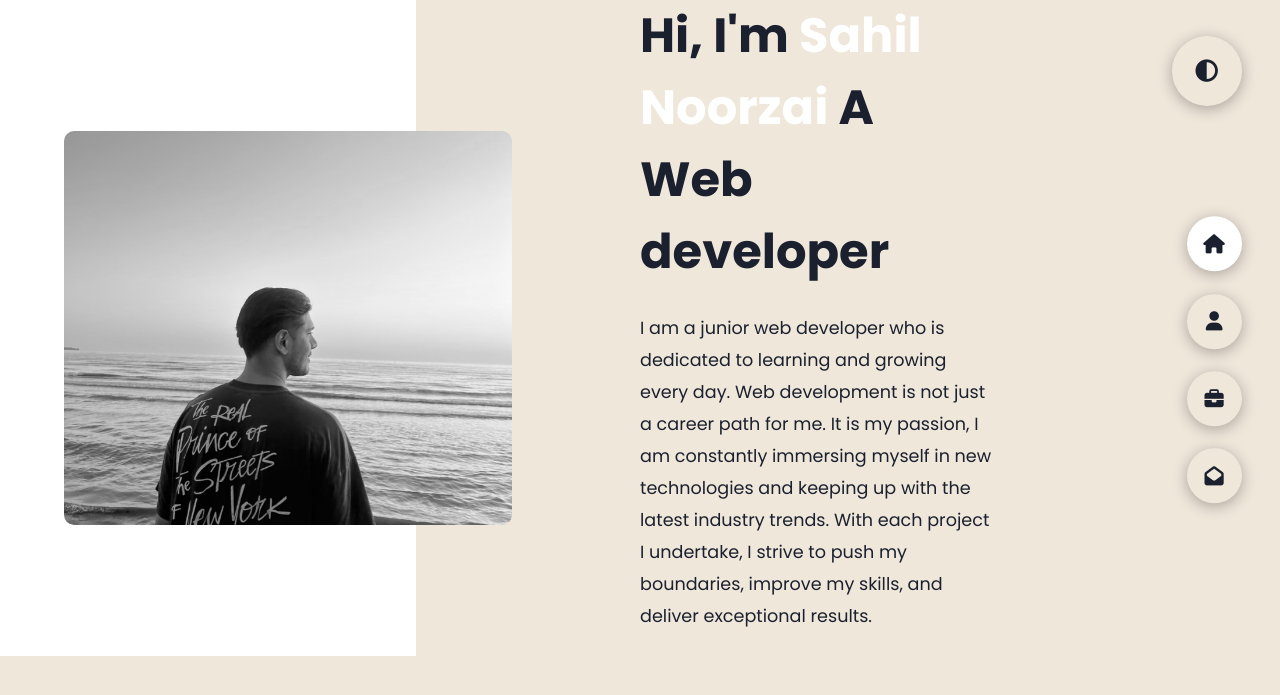
Repository: nftGambler/noorzai-portfolio
Page: index.html
These files come from the project's save history. The page is drawn as it stood at one moment and after the next save; the edit follows.
The browser window is 1280 px wide. The pictures show the whole page.
After loading, the first visible `div.theme-btn` was clicked once.
The style sheet was rebuilt from its Sass, Less or Tailwind sources for each picture, by a compiler version that may differ from the author's.

Above is the page before, as saved 2023-11-23 21:39:17.

### index.html
<!DOCTYPE html>
<html lang="en">
<head>



  <link rel="stylesheet" href="https://cdnjs.cloudflare.com/ajax/libs/font-awesome/6.4.0/css/all.min.css" integrity="sha512-iecdLmaskl7CVkqkXNQ/ZH/XLlvWZOJyj7Yy7tcenmpD1ypASozpmT/E0iPtmFIB46ZmdtAc9eNBvH0H/ZpiBw==" crossorigin="anonymous" referrerpolicy="no-referrer">
  <link rel="stylesheet" href="/style/styles.css">
  <link rel="preconnect" href="https://fonts.googleapis.com">
  <link rel="preconnect" href="https://fonts.gstatic.com" crossorigin>
  <link href="https://fonts.googleapis.com/css2?family=Poppins:wght@400;500;600;700;800&display=swap" rel="stylesheet">
  <meta charset="UTF-8">
  <meta http-equiv="X-UA-Compatible" content="IE=edge">
  <meta name="viewport" content="width=device-width, initial-scale=1.0">
  <title>Portfolio</title>
</head>
<body class="main-content">

<header class="section sec1 header active" id="home">
  <div class="header-content">
    <div class="left-header">
      <div class="h-shape"></div>
      <div class="image">
        <img src="/images/D34CA683-6714-454B-97C2-18B314A18C3F_1_105_c.jpeg">
      </div>


    </div>
    <div class="right-header">
  <h1 class="name">Hi, I'm <span>Sahil Noorzai</span> A Web developer</h1>
  <p>
    I am a junior web developer who is dedicated to learning and growing
    every day. Web development is not just a career path for me. It is my passion, I am constantly
    immersing myself in new technologies and keeping up with the latest industry trends.
    With each project I undertake, I strive to push my boundaries, improve my skills, and deliver exceptional results.
  </p>

    </div>
  </div>

</header>

<main>
  <section class="section sec2 about" id="about">

    <div class="main-title">
        <h2>About <span>me</span> <span class="bg-text"></span></h2>
    </div>

    <div class="about-container">
      <div class="left-about">
        <h4>Information About me</h4>
        <p>
          As a passionate front-end developer, I have embarked on an inspiring self-taught
          journey for the past 1.5 years. Motivated by deep curiosity for web development and a desire
          to expand my skillset, I have dedicated countless hours to honing my craft independently. Throughout this time,
          I have proactively sought out a diverse range of resources, online tutorials, and coding communities, which have played
          a pivotal role in shaping my expertise. From humble beginnings to successfully completing numerouse personal projects, each step
          of this transformative journey has reinforced my adaptabillity, resourcefulness, and unwavering commitment to excellence in front-end development.
        </p>

        <div class="btn-con">

        </div>

      </div>

      <div class="right-about">
        <div class="about-item">
          <div class="abt-text">
            <p class="large-text">Javascript</p>

          </div>
        </div>
        <div class="about-item">
          <div class="abt-text">
            <p class="large-text">React JS</p>

          </div>
        </div>
        <div class="about-item">
          <div class="abt-text">
            <p class="large-text">HTML/HTML5</p>

          </div>
        </div>
        <div class="about-item">
          <div class="abt-text">
            <p class="large-text">CSS/Tailwind-CSS</p>

          </div>
        </div>
      </div>

    </div>

    <div class="about-stats">
      <h4 class="stat-title">My Skills</h4>
  </section>


  <section class="section sec3 portfolio" id="portfolio">

  <div class="main-title">
      <h2>My <span>Portfolio</span><span class="bg-text"></span></h2>
  </div>
  <p class="port-text">
    Several hands-on projects from reputable online courses and tutorials.
  </p>

<div class="portfolios">



  <div class="portfolio-item">
    <div class="image">
      <img src="/images/pngwing.com-3.png" alt="">
    </div>
    <div class="hover-items">

      <h3>Project Source</h3>
      <div class="icons">
        <a class="icon" href="https://countriesrestapiproject.netlify.app" target="_blank">
          <i class="fab fa-github"></i>
        </a>
      </div>

    </div>


  </div>


  <div class="portfolio-item">
    <div class="image">
      <img src="/images/crypto.png" alt="">
    </div>
    <div class="hover-items">

      <h3>Project Source</h3>
      <div class="icons">
        <a class="icon" href="https://crypto-project-portfolio.netlify.app" target="_blank">
          <i class="fab fa-github"></i>
        </a>
      </div>

    </div>


  </div>





  <div class="portfolio-item">
    <div class="image">
      <img src="/images/6831872.png" alt="">
    </div>
    <div class="hover-items">

      <h3>Project Source</h3>
      <div class="icons">
        <a class="icon" href="https://nftgambler.github.io/Game/" target="_blank">
          <i class="fab fa-github"></i>
        </a>
      </div>

    </div>


  </div>


  <div class="portfolio-item">
    <div class="image">
      <img src="/images/pngwing.com (1).png" alt="">
    </div>
    <div class="hover-items">

      <h3>Project Source</h3>
      <div class="icons">
        <a class="icon" href="https://amazon-portfolio-project.netlify.app/" target="_blank">
          <i class="fab fa-github"></i>
        </a>
      </div>

    </div>


  </div>


  <div class="portfolio-item">
    <div class="image">
      <img src="/images/youtube-logo-png-2067.png" alt="">
    </div>
    <div class="hover-items">

      <h3>Project Source</h3>
      <div class="icons">
        <a class="icon" href="https://youtube-portfolio-project.netlify.app" target="_blank">
          <i class="fab fa-github"></i>
        </a>
      </div>

    </div>


  </div>




  <div class="portfolio-item">
    <div class="image">
      <img src="/images/icons8-pair-app-500.png" alt="">
    </div>
    <div class="hover-items">

      <h3>Project Source</h3>
      <div class="icons">
        <a class="icon" href="https://small-api-project.netlify.app" target="_blank">
          <i class="fab fa-github"></i>
        </a>
      </div>

    </div>


  </div>
</div>


  </section>


  <section class="section sec5 contacts" id="contact">

    <div class="contact-container">
      <div class="main-title">
        <h2>Contact<span>Me</span><span class="bg-text"></span></h2>
      </div>
      <div class="contact-content-container">
        <div class="left-contact">

          <div class="contact-info">
            <div class="contact-item">
              <div class="icon">
                <i class="fas fa-envelope"></i>
                <span>Email</span>
              </div>
              <p>
                <span>sharo.s.n@hotmail.com</span>
              </p>
            </div>

            <div class="contact-item">
              <div class="icon">
                <i class="fas fa-user-graduate"></i>
                <span>Mobile Number</span>
              </div>
              <p>
                <span>438-528-6982</span>
              </p>
            </div>


            <div class="contact-item">
              <div class="icon">
                <i class="fas fa-map-marker-alt"></i>
                <span>Location</span>
              </div>
              <p>
                <span>
                  Montreal, Canada
                </span>
              </p>
            </div>


            <div class="contact-item">
              <div class="icon">
                <i class="fa-solid fa-globe"></i>
                <span>Languages</span>
              </div>
              <p>
                <span>
                  German, Persian, English
                </span>
              </p>
            </div>
          </div>



        </div>



          <div class="right-contact">

            <form action="mailto:sharo.s.n@hotmail.com" method="post" enctype="text/plain">
              <div class="form-group">
                <label for="name">Name:</label>
                <input class="input-control" type="text" id="name" name="name" required>
              </div>
              <div class="form-group">
                <label for="email">Email:</label>
                <input class="input-control" type="email" id="email" name="email" required>
              </div>
              <div class="form-group">
                <label for="message">Message:</label>
                <textarea class="input-control" id="message" name="message" rows="4" required></textarea>
              </div>
              <button class="submit-btn" type="submit">Send</button>
            </form>
          </div>




      </div>

    </div>

  </section>


</main>


<div class="controlls">
  <div class="control control-1 active-btn" data-id="home">
    <i class="fas fa-house"></i>
  </div>
  <div class="control control-2" data-id="about">
    <i class="fas fa-user"></i>
  </div>
  <div class="control control-3" data-id="portfolio">
    <i class="fas fa-briefcase"></i>
  </div>
  <div class="control control-5" data-id="contact">
    <i class="fas fa-envelope-open"></i>
  </div>
</div>

<div class="theme-btn">
  <i class="fas fa-adjust"></i>
</div>




<script src="/app.js"></script>
</body>
</html>

### app.js
const sections = document.querySelectorAll(".section");
const sectBtns = document.querySelectorAll(".controlls");
const allSections = document.querySelectorAll(".main-content");

function PageTransition() {
  // Button click active class
  const sectBtn = document.querySelectorAll(".control");

  for (let i = 0; i < sectBtn.length; i++) {
    sectBtn[i].addEventListener('click', function(){
      let currentBtn = document.querySelector('.active-btn');
      if (currentBtn) {
        currentBtn.classList.remove('active-btn');
      }
      this.classList.add('active-btn');
    });

  }

  allSections.forEach((section) => {
    section.addEventListener('click', (e) => {
      const id = e.target.dataset.id;
      if (id) {
        sectBtns.forEach((btn) => {
          btn.classList.remove('active');
        });
        e.target.classList.add('active');

        sections.forEach((section) => {
          section.classList.remove('active');
        });
        const element = document.getElementById(id);
        element.classList.add('active');
      }
    });
  });
  //Toggle theme
  const themeBtn = document.querySelector('.theme-btn');
  themeBtn.addEventListener('click', () => {
    let element = document.body;
    element.classList.toggle('light-mode')
  })
}

PageTransition();

### style/styles.scss


* {
  margin: 0;
  padding: 0;
  box-sizing: border-box;
  list-style: none;
}


:root {
  --color-primary: #191d2d;
  --color-secondary: #d50606;
  --color-white: #FFFFFF;
  --color-black: #000;
  --color-grey0: #f8f8f8;
  --color-grey-1: #dbe1e8;
  --color-grey-2: #b2becd;
  --color-grey-3: #6c7983;
  --color-grey-4: #454e56;
  --color-grey-5: #2a2e35;
  --color-grey-6: #12181b;
  --br-sm-2: 14px;
  --box-shadow-1: 0 3px 15px rgba(0,0,0,.3)
}

.light-mode{
  --color-primary: rgb(240,231,219);
  --color-secondary: white;
  --color-white: rgb(27,32,47);
  --color-black: #000;
  --color-grey0: #f8f8f8;
  --color-grey-1:rgb(27,32,47);
  --color-grey-2: rgb(27,32,47);
  --color-grey-3: rgb(27,32,47);
  --color-grey-4:  rgb(240,231,219);
  --color-grey-5:  rgb(240,231,219);
  --color-grey-6: #12181b;
}



body {
  background-color: var(--color-primary);
  font-size: 1.1rem;
  font-family: 'Poppins', sans-serif;
  color: var(--color-white);
  transition: all .4s ease-in-out;
}

a{
  display: inline-block;
  text-decoration: none;
  color: inherit;
  font-family: inherit;
}

header {
  min-height: 100vh;
  color: var(--color-white);
  overflow: hidden;
}

section {
  min-height: 100vh;
  width: 100%;
  position: absolute;
  left: 0;
  top: 0;
  padding: 3rem 18rem;
}


.section{
  transform: translateY(-100);
  transition: all .4s ease-in-out;
  background-color: var(--color-primary);
}

.sec1{
  display: none;
  transform: translateY(0) scale(1);

}

.sec2{
  display: none;
  transform: translateY(0) scale(1);
}

.sec3{
  display: none;
  transform: translateY(0) scale(1);
}

.sec4{
  display: none;
  transform: translateY(0) scale(1);
}

.sec5{
  display: none;
  transform: translateY(0) scale(1);
}

.active{
  display: block;
  animation: scaleAnim 1s ease-in-out;
  @keyframes scaleAnim {
    0%{
      transform: translateY(-100%) scale(0)
    }

     100%{
      transform: translateY(0) scaleY(1);
     }

  }
}


//controls

.controlls{
  position: fixed;
  z-index: 10;
  top: 50%;
  right: 3%;
  display: flex;
  flex-direction: column;
  align-items: center;
  justify-content: center;
  transform: translateY(-50%);



  .active-btn{
    background-color: var(--color-secondary) !important;
    transition: all .4s ease-in-out;
    i{
      color: var(--color-white) !important;
    }
  }

  .control {
    padding: 1rem;
    cursor: pointer;
    background-color: var(--color-grey-4);
    width: 55px;
    height: 55px;
    border-radius: 50%;
    display: flex;
    justify-content: center;
    align-items: center;
    margin: .7rem 0;
    box-shadow: var(--box-shadow-1);
    i{
      font-size: 1.2rem;
      color: var(--color-grey-2);
      pointer-events: none;
    }
  }
}


.theme-btn{
top: 5%;
right: 3%;
width: 70px;
height: 70px;
border-radius: 50%;
background-color: var(--color-grey-4);
cursor: pointer;
position: fixed;
display: flex;
justify-content: center;
align-items: center;
box-shadow: 0 3px 15px rgba(0,0,0,.3);
transition: all .1s ease-in-out;
&:active{
  transform: translateY(-5px);
}
i{
  font-size: 1.4rem;
  color: var(--color-grey-2);
  pointer-events: none;
}
}




.header-content {
  display: grid;
  grid-template-columns: repeat(2, 1fr);
  min-height: 100%;
  .left-header {
    display: flex;
    align-items: center;
    position: relative;
    .h-shape {
      transition: all .4s ease-in-out;
      width: 65%;
      height: 100%;
      background-color: var(--color-secondary);
      position: absolute;
      left: 0;
      top: 0;
      z-index: -1;
      // clip-path: polygon(0 0, 56% 0, 76% 100%, 18% 100%);


    }
    .image {
      border: var(--br-sm-2);
      height: 60%;
      width: 70%;
      margin-left: 4rem;
      // background-color: var(--color-black);
      transition: all .4s ease-in-out;
      border-radius: 10px;
      img {
        width: 100%;
        height: 100%;
        object-fit: cover;
        transition: all .4s ease-in-out;
        border-radius: 10px;


        filter: grayscale(100%);
        &:hover {
          filter: grayscale(0);
        }
      }
    }
  }


  .right-header {
    display: flex;
    flex-direction: column;
    justify-content: center;
    padding-right: 18rem;
    .name {
      font-size: 3rem;

      span{
        color: var(--color-secondary);
      }
    }
    p{
      margin: 1.5rem 0;
      line-height: 2rem;
    }
  }
}



//About

.about-container{
  display: grid;
  grid-template-columns: repeat(2, 1fr);
  padding-top: 3.5rem;
  padding-bottom: 5rem;
  .right-about {
    display: grid;
    grid-template-columns: repeat(2, 1fr);
    grid-gap: 2rem;
    .about-item {
      border: 1px solid var(--color-grey-5);
      border-radius: 5px;
      transition: all .4s ease-in-out;
      box-shadow: 1px 2px 15px rgba(0,0,0,.1);
      &:hover {
        cursor: default;
        transform: translateY(-5px);
        border: 1px solid var(--color-secondary);
        box-shadow: 1px 2px 15px rgba(0,0,0,.32);

      }
      .abt-text{
        padding: 1.5rem;
        display: flex;
        flex-direction: column;
        .large-text{
          margin: auto;
          font-size: 2.5rem;
          font-weight: 700;
          color: var(--color-secondary);
        }
        .small-text{
          padding-left: 3rem;
          position: relative;
          text-transform: uppercase;
          font-size: 1.2rem;
          color: var(--color-grey-1);
          letter-spacing: 2px;
          &::before{
            content: '';
            position: absolute;
            left: 0;
            top: 15px;
            width: 2rem;
            height: 2px;
            background-color: var(--color-grey-5);
          }
        }
      }
    }
  }


  .left-about{
    padding-right: 5rem;
    p{
      line-height: 2rem;
      padding: 1rem;
      color: var(--color-grey-1);
    }
    h4{
      font-size: 2rem;
      text-transform: uppercase;
    }
  }
}


.stat-title {
  text-transform: uppercase;
  font-size: 1.4rem;
  text-align: center;
  padding: 3.5rem 0;
  position: relative;
  // gray line
  &::before{
    content: '';
    position: absolute;
    left: 50%;
    top: 0;
    width: 40%;
    height: 1px;
    background-color: var(--color-grey-5);
    transform: translateX(-50%);
  }
}







//Contact section

.contact-content-container {

  display: flex;
  padding-top: 3.5rem;
  flex-direction: column;
  .left-contact {
    flex: 2;
    h4{
      margin-top: 1rem;
      font-size: 2rem;
      text-transform: uppercase;
    }
    p {
      margin: 1rem 0;
      line-height: 2rem;
    }

    .contact-info{
      .contact-item{
        display: flex;
        align-items: center;
        justify-content: space-between;


        p{
          margin: .3rem 0 !important;
          padding: 0 !important;
        }
        .icon{
          display: grid;
          grid-template-columns: 40px 1fr;
          i{
            display: flex;
            align-items: center;
            font-size: 1.3rem;
          }
        }
      }
    }
    .contact-icon{
      display: flex;
      margin: 2rem;

    }
  }

  .right-contact {
    display: flex;
    flex-direction: column;
    max-width: 500px;
    margin-top: 10rem;


    .input-control {

      background-color: var(--color-grey-5);
      border: none;
      border-radius: 30px;
      font-weight: inherit;
      font-size: inherit;
      font-family: inherit;
      padding: .8rem 1.1rem;
      outline: none;
      width: 100%;
      color: var(--color-white);
      resize: none;
    }
  }

  .submit-btn{

        display: flex;
        justify-content: flex-start;
        padding: .4rem 2rem;
        border-radius: 20px;
        border: none;
        background-color: var(--color-grey-5);
        color: white;
      }



}









/*Independent components*/
.btn-con{
  display: flex;
  align-self: flex-start;
}
.main-btn {
  border-radius: 30px;
  color: inherit;
  font-weight: 600;
  position: relative;
  border: 1px solid var(--color-secondary);
  display: flex;
  align-self: flex-start;
  align-items: center;
  overflow: hidden;
  .btn-text {
    padding: 0 2rem;
  }
  .btn-icon{
    background-color: var(--color-secondary);

    display: flex;
    align-items: center;
    justify-self: center;
    border-radius: 50%;
    padding: 1rem;
  }


  .submit-button{
    background-color: transparent;
    color: white;
    border: none;
  }

  &::before{
    content: '';
    position: absolute;
    top: 0;
    right: 0;
    transform: translateX(100%);
    transition: all .4s ease-in-out;
    z-index: -1;
  }

  &:hover{
    &::before{
      width: 100%;
      height: 100%;
      background-color: var(--color-secondary);
      transform: translateX(0);
    }
  }
}


.main-title {
  text-align: center;
  h2{
    position: relative;
    text-transform: uppercase;
    font-size: 4rem;
    font-weight: 700;

    span{
      color: var(--color-secondary);
    }

    .bg-text{
      position: absolute;
      top: 50%;
      left: 50%;
      color: var(--color-grey-5);
      transition: all .4s ease-in-out;
      z-index: -1;
      transform: translate(-50%, -50%);
      font-weight: 800;
      font-size: 6.3rem;
    }

  }
}




.port-text{
  padding: 2rem 0;
  text-align: center;
  color: var(--color-grey-3);
}

.portfolios{
  display: grid;
  grid-template-columns: repeat(3, 1fr);
  grid-gap: 2rem;
  margin-top: 3rem;
  .portfolio-item{
    position: relative;
    img{
      width: 80%;
      height: 100%;
      object-fit: cover;
    }
    .hover-items{
      width: 100%;
      height: 100%;
      background-color: var(--color-secondary);
      position:absolute;
      left: 0;
      top: 0;
      border-radius: 15px;
      display: flex;
      justify-content: center;
      align-items: center;
      flex-direction: column;
      //to change the background to default
      opacity: 0;
      transform: scale(0);
      transition: all .4s ease-in-out;
      h3{
        font-size: 1rem;
        margin-bottom: 1rem;
        color: var(--color-white);
      }
      .icons {
        display: flex;
        justify-content: center;
        align-items: center;
        .icon{
          background-color: var(--color-primary);
          border-radius: 50%;
          width: 50px;
          height: 50px;
          display: flex;
          align-items: center;
          justify-content: center;
          margin: 0 1rem;
          cursor: pointer;
          transition: all .4s ease-in-out;

          i{
            font-size: 1rem;
            color: var(--color-white);
            margin: 0 1rem;
          }
          &:hover {
            background-color: var(--color-white);
            i{
              color: var(--color-primary);
            }
          }
        }


      }
    }
  }
}


.portfolio-item:hover .hover-items{
  opacity: 1;
  transform: scale(1);
}

@import './media';

### style/_media.scss

@media screen and (max-width: 600px) {

  .about-container{


    .right-about{
      padding-top: 2.5rem;
      grid-template-columns: 1fr;
    }

    .left-about{
      padding-right: 0;
      p{
        padding-left: 0;

      }
    }
  }

}

@media screen and (max-width: 900px){
  header{
    padding: 0;
  }
  header .right-header{
    padding: 2rem !important;
  }

.theme-btn{
  width: 50px;
  height: 50px;
}

.header-content {
  grid-template-columns: 1fr;
  padding-bottom: 6rem;
}

.left-header{
  .h-shape{
    display: none;
  }
}

.right-header{
  grid-row: 1;
  width: 90%;
  margin: 0 auto;
  .name{
    font-size: 2.5rem !important;
  }
}

.header-content .left-header .image {
  margin: 0 auto;
  width: 90%;
  height: 100%;
}

.about-container{
  grid-template-columns: 1fr;
  .right-about{
    padding-top: 2.5rem;
  }

  .left-about{
    padding-right: 0;
    p{
      padding-left: 0;
    }
  }
}

.about-stats{
  .progress-bars{
    grid-template-columns: 1fr;
  }
}

.portfolios{
  grid-template-columns: 1fr 1fr;
  padding-bottom: 2rem;

}


.contact-content-container{

  flex-direction: column;
  .right-contact{
    margin-left: 0;
    margin-top: 2.5rem;
  }
}


.section{
  padding: 2rem 2.5rem !important;
}

.main-title{
  h2{
    font-size: 2rem;
    span{
      font-size: 1.5rem;
    }
    .bg-text{
      font-size: 3rem;
    }
  }
}


  .controlls{
    top: auto;
    bottom: 0;
    flex-direction: row;
    justify-content: center;
    left: 50%;
    transform: translateX(-50%);
    width: 100%;
    background-color: var(--color-grey-5);
    .control{
      margin: 1rem .3rem;
    }
  }
}





@media screen and (max-width: 1900px){

  .about-container{
    grid-template-columns: 1fr;
    .right-about{
      padding-top: 2.5rem;

    }

    .left-about{
      padding-right: 0;
      p{
        padding-left: 0;
      }
    }
  }

  .about-stats{
    .progress-bars{
      grid-template-columns: 1fr;
    }
  }



  .main-title{
    h2{
      font-size: 1rem;

      span{
        font-size: 2rem;
      }
      .bg-text{
        display: none;
      }
    }
  }



.contact-content-container{
  flex-direction: column;

  .right-contact{
    margin-left: 0;
    margin-top: 2.5rem;

  }
}

}

After the next save:
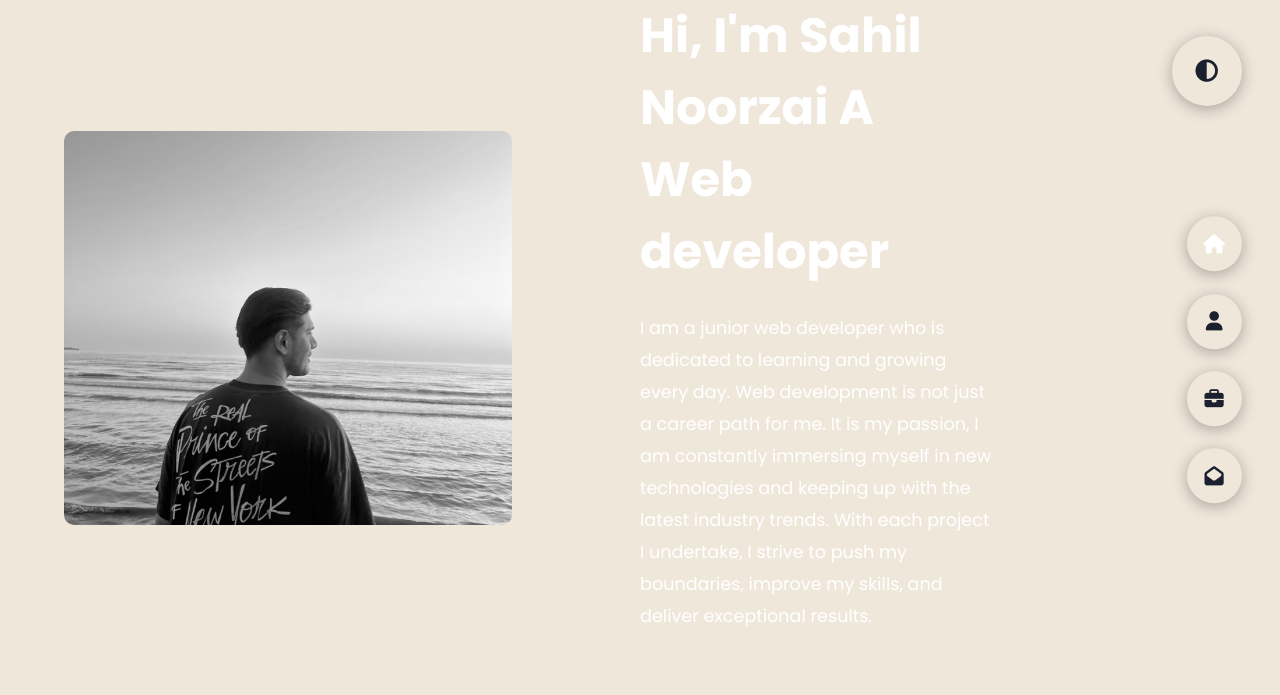
Saved 34 s later.
--- a/style/styles.scss
+++ b/style/styles.scss
@@ -26,7 +26,7 @@
 
 .light-mode{
   --color-primary: rgb(240,231,219);
-  --color-secondary: white;
+  --color-secondary: rgb(80,148,149)
   --color-white: rgb(27,32,47);
   --color-black: #000;
   --color-grey0: #f8f8f8;
